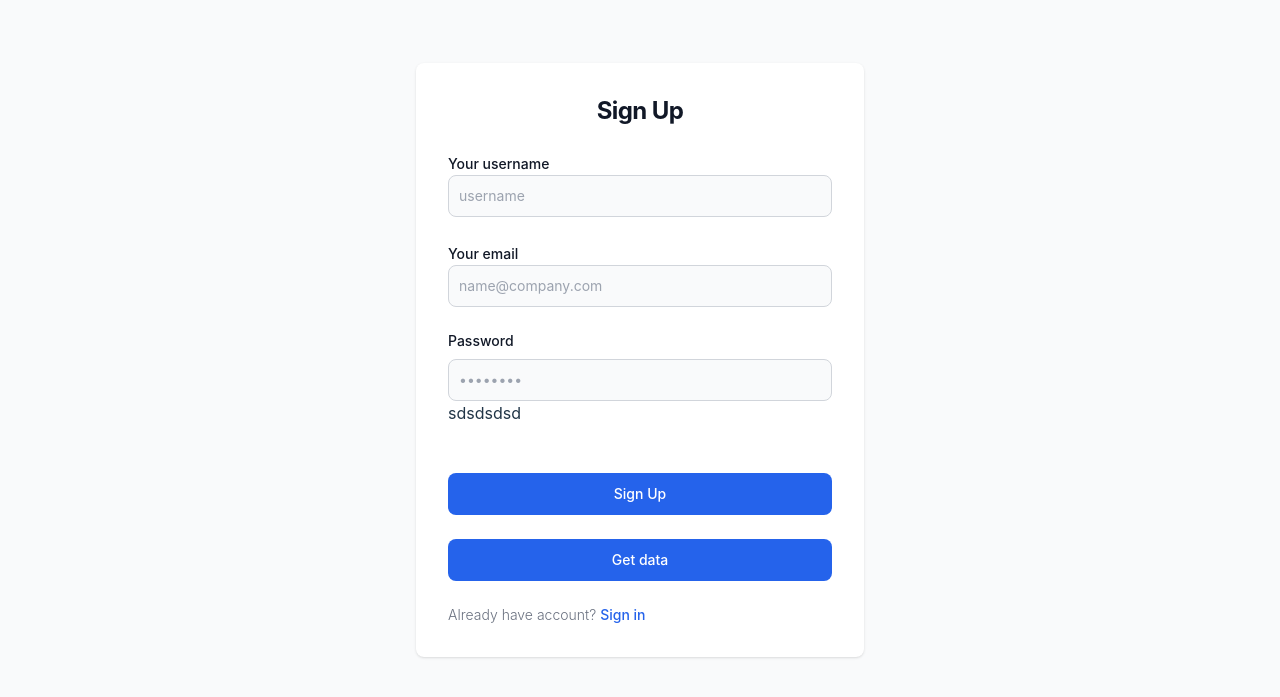
Repository: Than-sothearak/news-today
Page: /register (app in client/)
The author's editor kept a copy of each file at every save. The page is drawn from the files as they stood at one save, then again after the next save.
The browser window is 1280 px wide. The pictures show the whole page.
The project was rebuilt for these pictures with package versions that can differ from the ones it lists, and the page was loaded fresh each time. Also part of the build but not shown: client/vite.config.js, client/data.js, client/src/components/Post.jsx, client/src/components/HeroBanner.jsx, client/src/page/Home.jsx, client/src/page/Login.jsx, client/src/page/Single.jsx, client/src/page/Write.jsx and 3 more.

Above is the page before, as saved 2023-03-05 17:23:50.

After the next save:
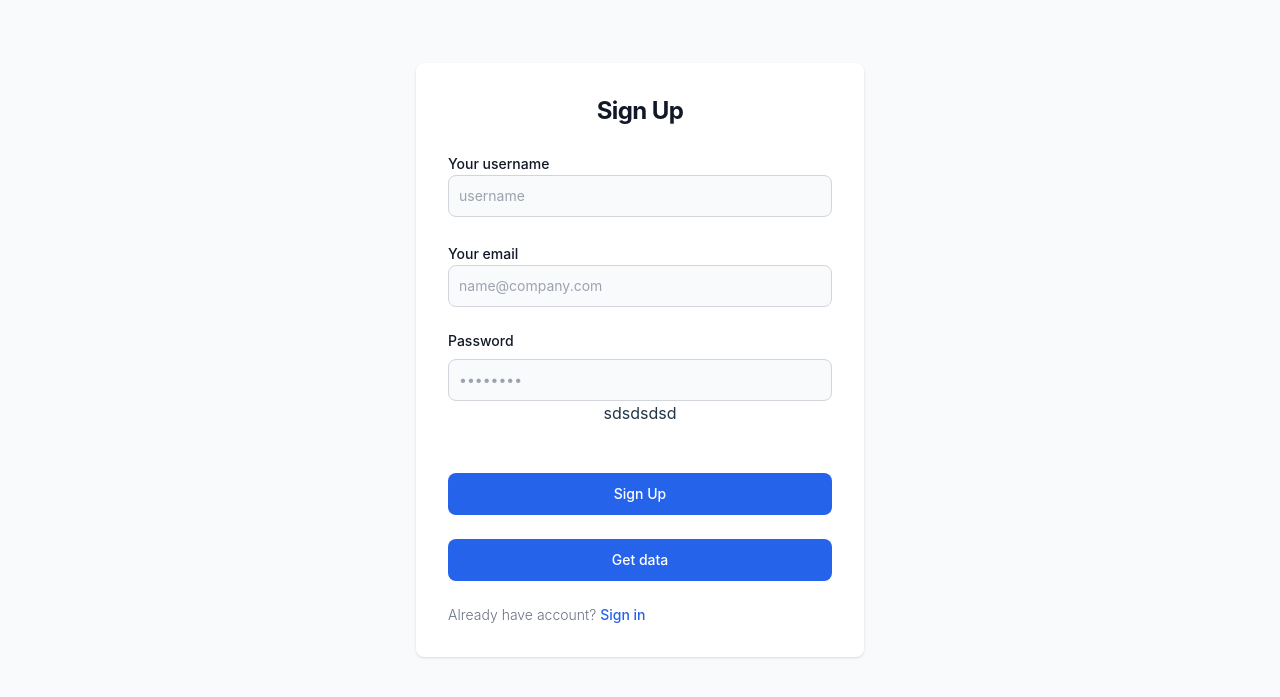
Saved 50 s later.
--- a/client/src/page/Register.jsx
+++ b/client/src/page/Register.jsx
@@ -104,7 +104,7 @@ export const Register = () => {
                   required=""
                   onChange={handleChange}
                 />
-                <p>sdsdsdsd</p>
+                <p className="text-center">sdsdsdsd</p>
               </div>
               <div className="flex items-center justify-between">
                 <div className="flex items-start"></div>
